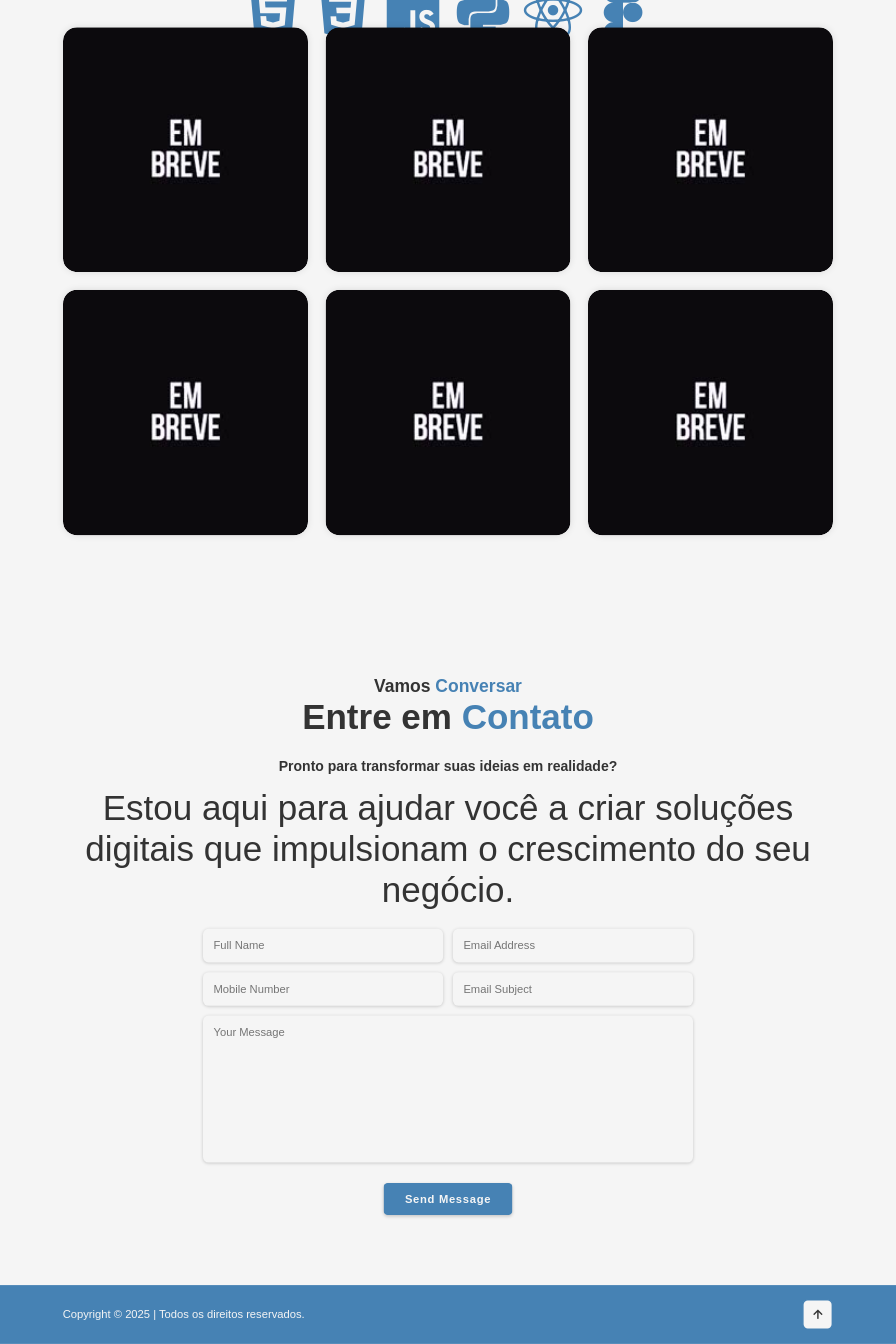
Repository: AliciaKathleen/portfolio-2025
Page: index.html
An editor plug-in stored every save of this project. The page is shown before and after the next save, followed by the edit.
The browser window is 1280 px wide. The pictures show the part of the page from y = 2547 to 4467 px (the page is 4467 px tall before and 4316 px after), at 70% of full size.

Above is the page before, as saved 2025-01-27 18:16:31.
Console error: TypeError: Cannot read properties of null (reading 'classList')

After the next save:
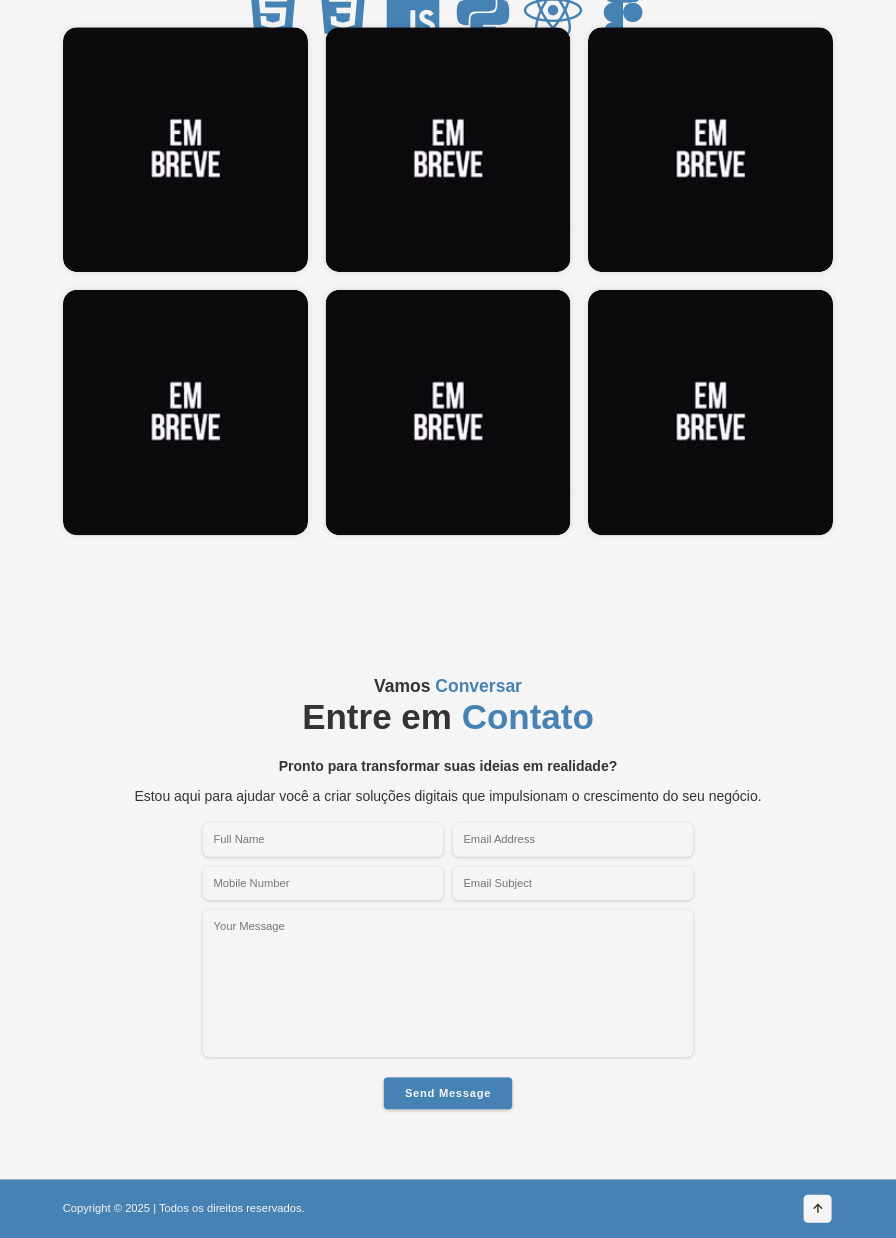
Saved 14 s later.
--- a/style.css
+++ b/style.css
@@ -513,6 +513,10 @@ span {
     font-size: 2rem;
 }
 
+.contact p{
+    font-size: 2rem;
+}
+
 .contact form {
     max-width: 70rem;
     margin: 1rem auto;
